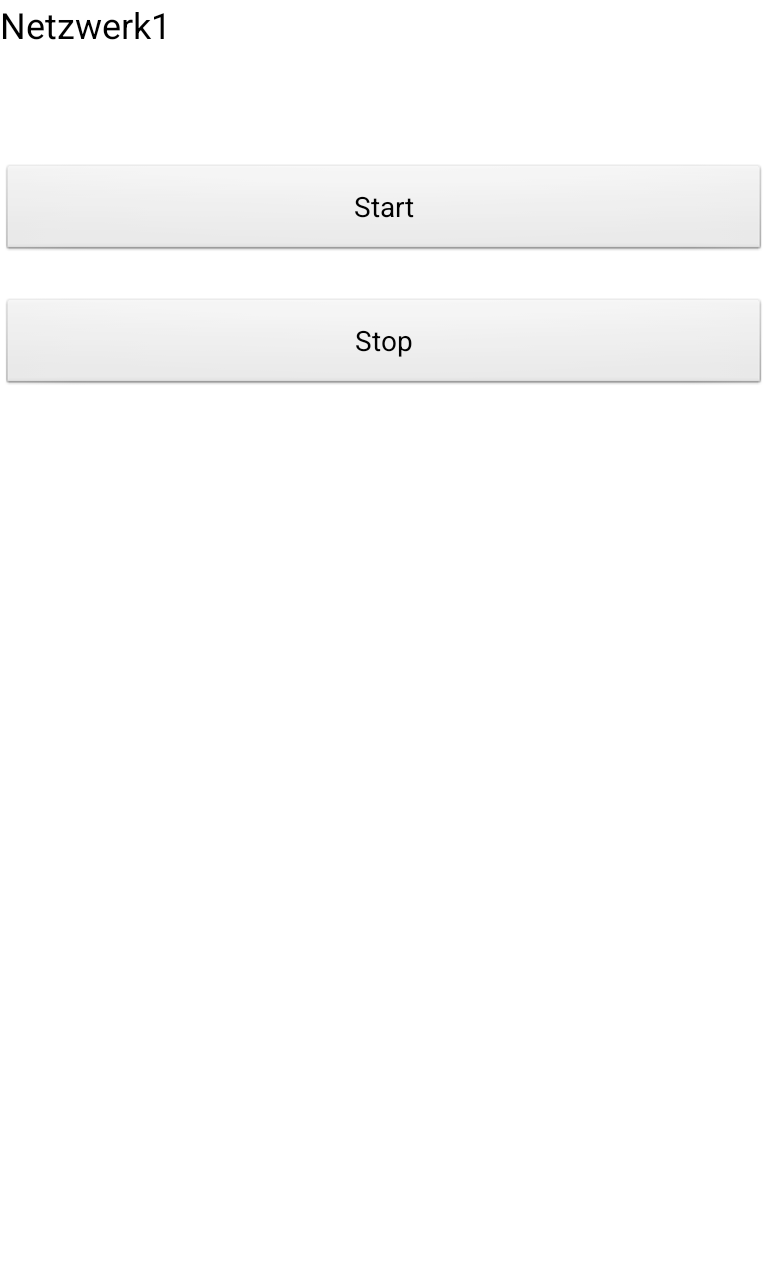
Repository: agejku/Embedded-Systems
Layout: Positionsensor/res/layout/main.xml
The author's editor kept a copy of each file at every save. The layout is drawn from the files as they stood at one save, then again after the next save.
It is drawn on a 768 x 1280 px phone screen (xhdpi) without system bars, with theme AppTheme; the app's code is not run.

Above is the layout before, as saved 2014-04-23 15:53:13.

After the next save:
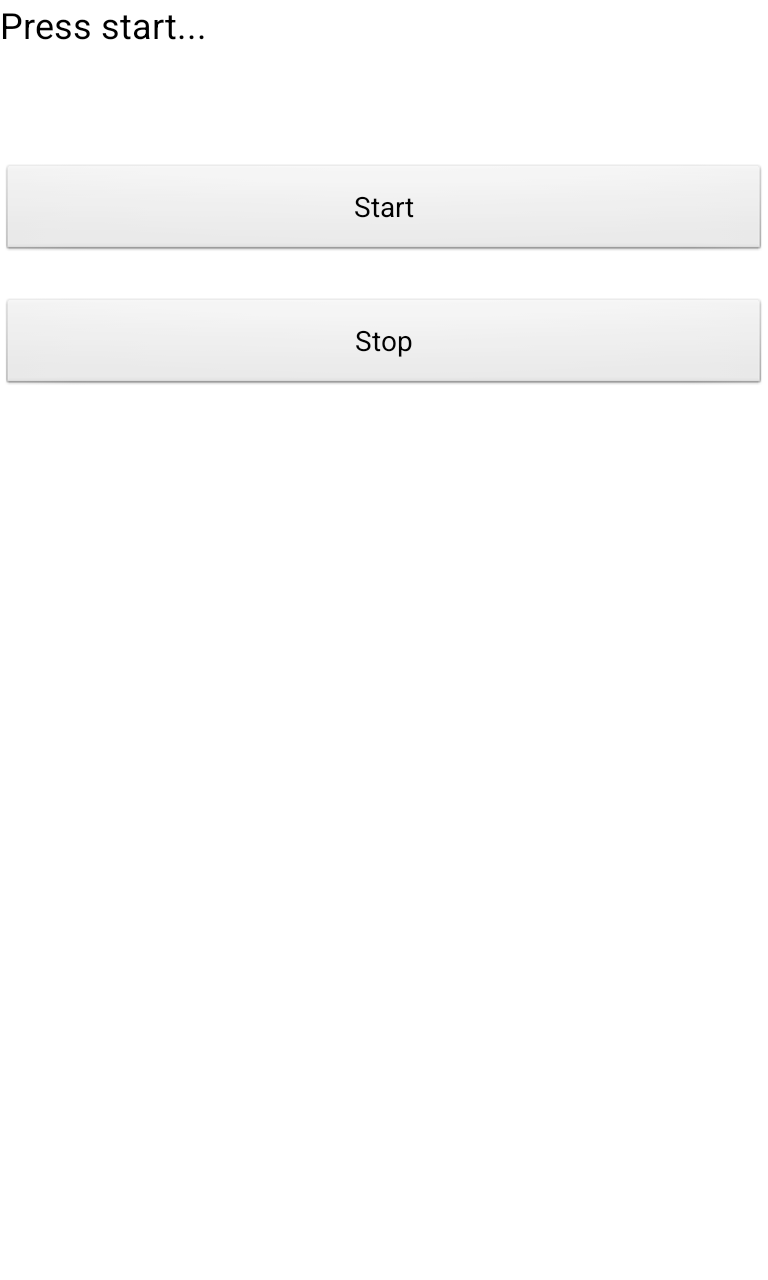
Saved 41 s later.
--- a/Positionsensor/res/values/strings.xml
+++ b/Positionsensor/res/values/strings.xml
@@ -6,10 +6,7 @@
     <string name="start_service">Start</string>
     <string name="stop_service">Stop</string>
     <string name="start_rssi">Values</string>
-    <string name="network1">Netzwerk1</string>
-    <string name="network2">Netzwerk2</string>
-    <string name="network3">Netzwerk3</string>
-    <string name="network4">Netzwerk4</string>
-    <string name="network5">Netzwerk5</string>
+    <string name="network1">Press start...</string>
+
 
 </resources>
